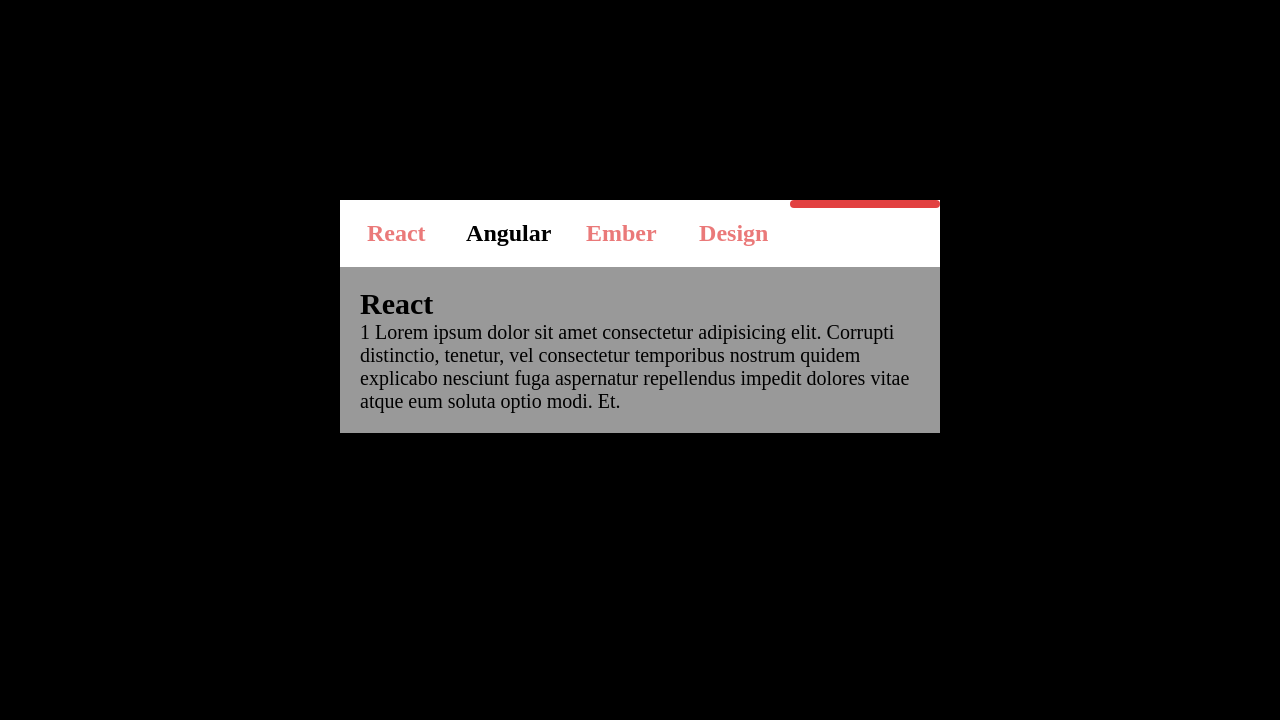
Repository: PCTai/javascript-coban
Page: tab UI/index.html
These files come from the project's save history. The page is drawn as it stood at one moment and after the next save; the edit follows.
The browser window is 1280 px wide. The pictures show the whole page.

Above is the page before, as saved 2022-02-10 10:05:56.

After the next save:
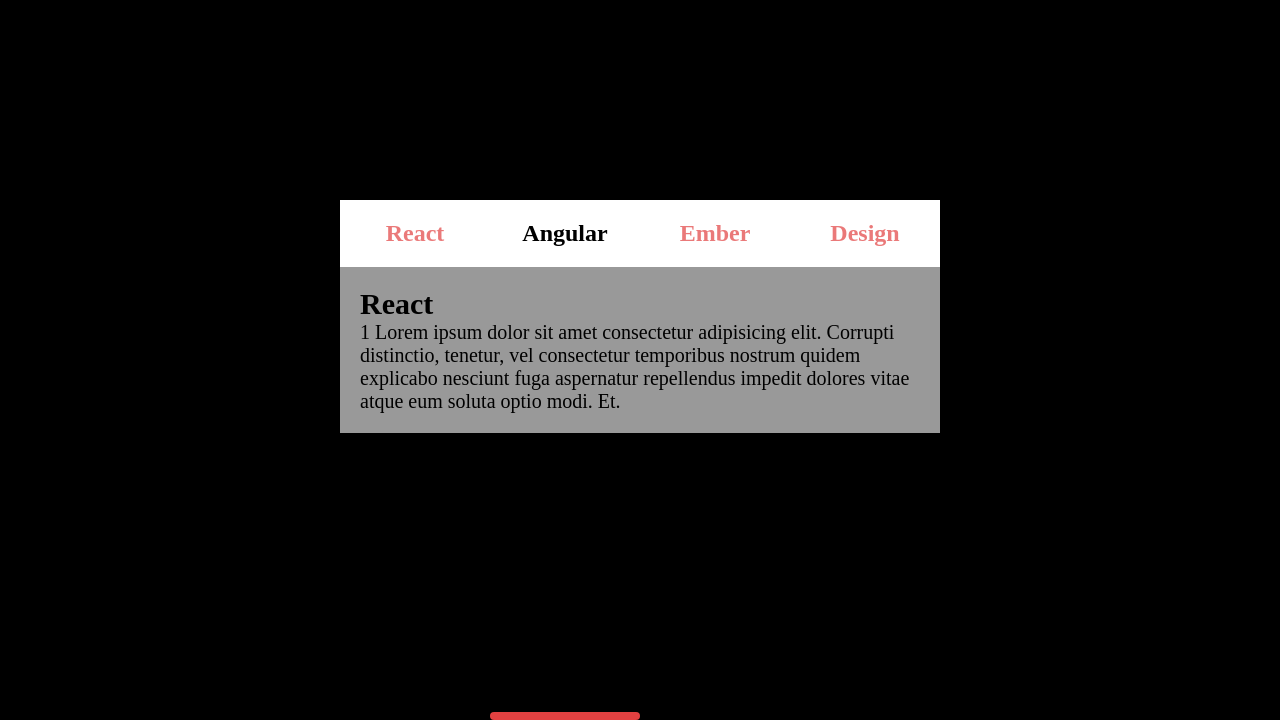
Saved 80 s later.
--- a/tab UI/style.css
+++ b/tab UI/style.css
@@ -31,9 +31,11 @@
     background-color: rgb(250, 239, 239);
 }
 .tab-line{
-
+    position: absolute;
     height: 8px;
-
+    bottom: 0;
+    left: 0;
+    width: 0;
     background-color: rgb(226, 65, 65);
     transition: linear 0.3s;
     border-radius: 5px;
